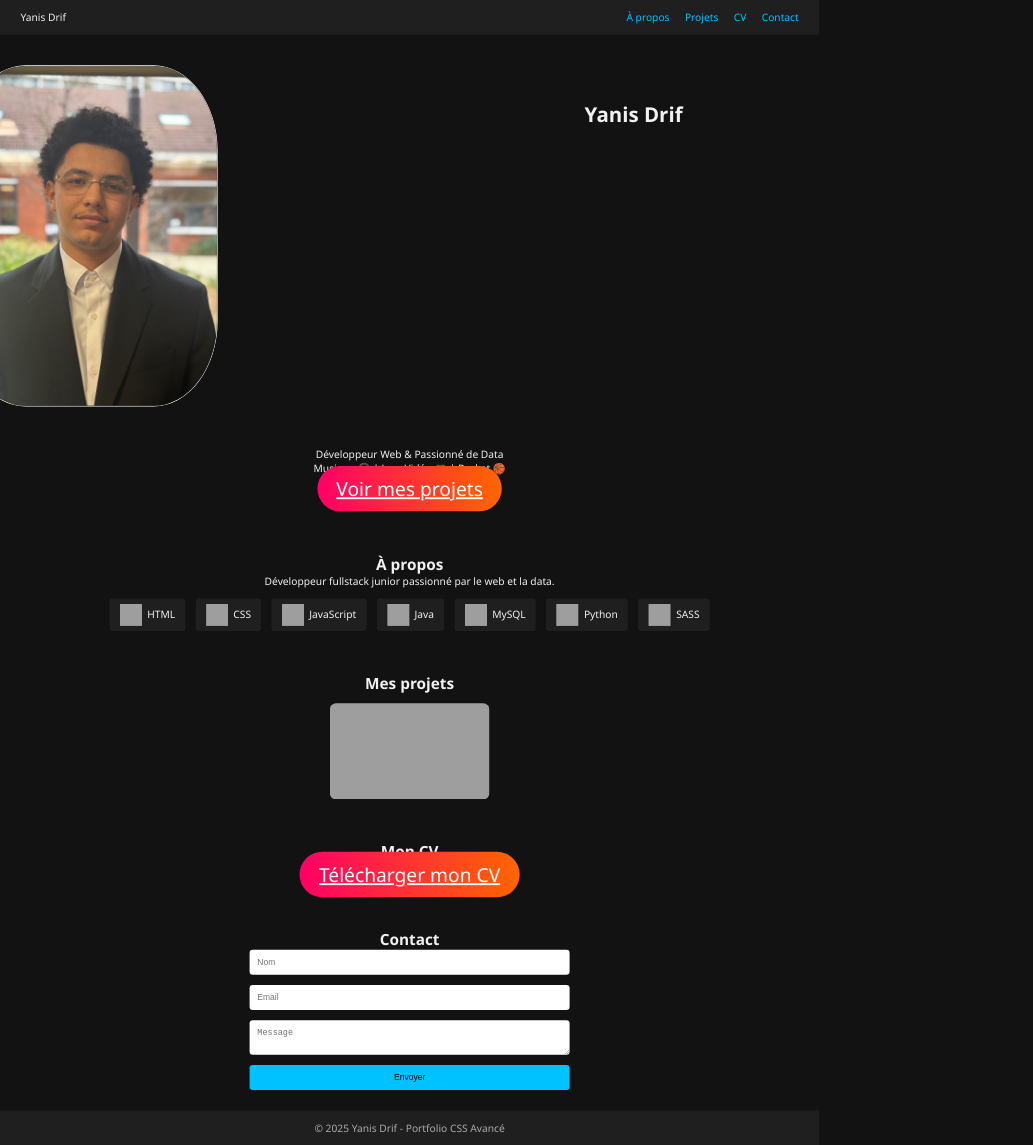
Repository: Yxniiss/ProjetCssAvance
Page: OneDrive/Bureau/Portfolio DrifYanis/home.html
An editor plug-in stored every save of this project. The page is shown before and after the next save, followed by the edit.
The browser window is 1280 px wide. The page is 1614 px wide, then 1564 px, so the pictures cover 1614 px, including what lies to the right of the window. The pictures show the whole page, at 64% of full size.
Pictures or frames that could not be fetched are drawn as grey boxes.

Above is the page before, as saved 2025-04-10 10:29:50.
Console error: TypeError: Cannot set properties of null (setting 'textContent')

### OneDrive/Bureau/Portfolio DrifYanis/home.html
<!DOCTYPE html>
<html lang="fr">
<head>
  <meta charset="UTF-8" />
  <meta name="viewport" content="width=device-width, initial-scale=1.0" />
  <title>Portfolio - Yanis Drif</title>
  <link rel="stylesheet" href="/style.css" />
  <script defer src="/script.js"></script>
</head>
<body>
  <nav class="navbar">
    <div class="logo">Yanis Drif</div>
    <ul class="nav-links">
      <li><a href="#apropos">À propos</a></li>
      <li><a href="#projets">Projets</a></li>
      <li><a href="#cv">CV</a></li>
      <li><a href="#contact">Contact</a></li>
    </ul>
  </nav>

  <header class="hero">
    <div class="hero__content">
      <img src="/image/IMG_0965 (2).jpeg" alt="Photo de profil" class="hero__image" />
      <h1 class="hero__name">Yanis Drif</h1>
      <p class="hero__tagline">Développeur <span>Web</span> & Passionné de Data</p>
      <p class="hero__desc">Musique 🎧 | Jeux Vidéo 🎮 | Basket 🏀</p>
      <a href="#projets" class="btn">Voir mes projets</a>
    </div>
  </header>

  <section id="apropos" class="section about">
    <h2>À propos</h2>
    <p>Développeur fullstack junior passionné par le web et la data.</p>
    <div class="skills">
      <div class="skill"><img src="https://devicon-website.vercel.app/api/html5/original-wordmark.svg" alt="HTML">HTML</div>
      <div class="skill"><img src="https://devicon-website.vercel.app/api/css3/original-wordmark.svg" alt="CSS">CSS</div>
      <div class="skill"><img src="https://devicon-website.vercel.app/api/javascript/original.svg" alt="JavaScript">JavaScript</div>
      <div class="skill"><img src="https://devicon-website.vercel.app/api/java/original-wordmark.svg" alt="Java">Java</div>
      <div class="skill"><img src="https://devicon-website.vercel.app/api/mysql/plain-wordmark.svg" alt="MySQL">MySQL</div>
      <div class="skill"><img src="https://devicon-website.vercel.app/api/python/original-wordmark.svg" alt="Python">Python</div>
      <div class="skill"><img src="https://devicon-website.vercel.app/api/sass/original.svg" alt="SASS">SASS</div>
    </div>
  </section>

  <section id="projets" class="section projets">
    <h2>Mes projets</h2>
    <div class="projects carousel">
      <img src="img/Capture d'écran 2025-04-09 23345.png" alt="Projet 1"/>
      <img src="/img/Capture d'écran 2025-04-09 12402 (1).png" alt="Projet 2" />
      <img src="/img/ChatGPT Image 9 avr. 2025, 23_49_51.png" alt="Projet 3" />
    </div>
  </section>

  <section id="cv" class="section cv">
    <h2>Mon CV</h2>
    <a href="/doc/CV Yanis (1) (1).pdf" download class="btn">Télécharger mon CV</a>
  </section>

  <section id="contact" class="section contact">
    <h2>Contact</h2>
    <form class="contact-form">
      <input type="text" placeholder="Nom" required />
      <input type="email" placeholder="Email" required />
      <textarea placeholder="Message" required></textarea>
      <button type="submit">Envoyer</button>
    </form>
  </section>

  <footer>
    <p>&copy; 2025 Yanis Drif - Portfolio CSS Avancé</p>
  </footer>
</body>
</html>

### OneDrive/Bureau/Portfolio DrifYanis/style.css
* {
    margin: 0;
    padding: 0;
    box-sizing: border-box;
  }

  body {
    font-family: "Segoe UI", sans-serif;
    background-color: #121212;
    color: #f1f1f1;
  }

  .navbar {
    display: flex;
    justify-content: space-between;
    padding: 1rem 2rem;
    background-color: #1f1f1f;
  }

  .nav-links {
    display: flex;
    list-style: none;
    gap: 1.5rem;
  }

  .nav-links a {
    color: #00c2ff;
    text-decoration: none;
  }

  .hero {
    padding: 3rem 1rem;
    text-align: center;

  }

  .hero__name{
    position: relative;
    left: 350px;
    bottom:500px;

  }

  .hero__image {
    border-radius: 25%;
    width: 400px;
    border: 1px solid #ffffff;
    margin-bottom: 1rem;
    position: relative;
    right:500px ;
  }

  .section {
    padding: 2rem 1rem;
    text-align: center;
  }

  .projects {
    display: flex;
    justify-content: center;
    gap: 1rem;
    flex-wrap: wrap;
    margin-top: 1rem;
  }

  .projects img {
    width: 250px;
    height: 150px;
    -o-object-fit: cover;
       object-fit: cover;
    border-radius: 10px;
  }

  .skills {
    display: flex;
    flex-wrap: wrap;
    gap: 1rem;
    justify-content: center;
    margin-top: 1rem;
  }

  .skill {
    display: flex;
    align-items: center;
    gap: 0.5rem;
    background-color: #1f1f1f;
    padding: 0.5rem 1rem;
    border-radius: 5px;
  }

  .skill img {
    width: 35px;
    height: 35px;
  }

  footer {
    padding: 1rem;
    text-align: center;
    background-color: #1f1f1f;
    color: #aaa;
  }

  .btn {
    padding: 15px 30px;
    font-size: 30px;
    color:white;
    background: linear-gradient(90deg, #ff0066, #ff6600);
    border:none;
    border-radius: 50px;
    cursor: pointer;
    box-shadow: 0 4px 15px rgba(255,0,102,0);
    transition: box-shadow 0.3s ease, transform 0.3s ease;
  }

  .btn:hover{
    box-shadow: 0 10px 20px rgba(255,0,102,0.5);
    transform: translateY(-3px);
  }

  .contact-form {
    max-width: 500px;
    margin: auto;
    display: flex;
    flex-direction: column;
    gap: 1rem;
  }

  .contact-form input,
  .contact-form textarea {
    padding: 0.75rem;
    border: none;
    border-radius: 5px;
  }

  .contact-form button {
    background-color: #00c2ff;
    color: #000;
    padding: 0.75rem;
    border: none;
    border-radius: 5px;
    cursor: pointer;
  }

  .start h1{
    text-align: left;
    margin-top: 100px;
    font-size: 35px;
    margin-left: 100px;
  }

  .start h2{
    text-align: left;
    margin-top: 1px;
    font-size: 70px;
    margin-left: 100px;
  }

  .start h3{
    text-align: left;
    margin-top: 1px;
    font-size: 35px;
    margin-left: 100px;
  }

  #mot {
    color:#00c2ff;
  }

  #cursor{
    display: inline-block;
    width: 10px;
    background-color:black;
    animation: blink 0.8s step-end infinite;
  }

  @keyframes blink{
    50% {
      opacity: 0;
    }
  }

  @keyframes typing{
    from{
      width: 0;
    }
    to{
      width: 100%;
    }
  }

  #main{
    opacity: 0;
    transform: translateY(0);
    transition: opacity 5s ease, transform 5s ease;
  }

  body.loaded #main{
    opacity: 1;
    transform: translateY(0);
  }


  .start p{
    text-align: left;
    margin-left: 100px;
    margin-top: 20px;
    font-size: 20px;
  }

  .ntwrks {
    position: absolute;
    top: 410px;
    left: 110px;
    display: flex;
    flex-wrap: wrap;
    gap: 1rem;
  }

  .ntwrk {
    display: flex;
    align-items: center;
    gap: 0.5rem;
    background-color: #1f1f1f;
    padding: 1rem 1rem;
    border-radius: 100px;
    transition: 0.3s ease, opacity 0.3s ease;
  }

  .ntwrk:hover{
    transform: scale(1.2);
    opacity: 0.8;
  }

  .ntwrk img {
    width: 30px;
    height: 30px;
  }

  .modern-button{
    background-color:#00c2ff;
    font-size: 16px;
    font-weight: bold;
    border:none;
    padding: 15px 30px;
    border-radius: 25px;
    cursor: pointer;
    outline: none;
    position: relative;
    right:550px;
    top:120px;
    animation:glow 1.5s infinite alternate;
    transition: 0.3s ease, opacity 0.3s ease;
  }

  .modern-button a{
    color:white;
    text-decoration: none;
  }

  .modern-button:hover{
    transform: scale(1.2);
    opacity: 1;
  }

  @keyframes glow{
    0%{
      box-shadow: 0 0 10px 5px rgba(0, 194, 255, 0.6), 0 0 20px 10px rgba(0, 194, 255, 0.4);
    }
    100%{
      box-shadow: 0 0 20px 10px rgba(0, 194, 255, 1), 0 0 30px 15px rgba(0, 194, 255, 0.8);
    }
  }

  .image{
    max-width: 30%;
    position: relative;
    bottom: 350px;
    left: 350px;
  }

### OneDrive/Bureau/Portfolio DrifYanis/script.js

document.addEventListener('DOMContentLoaded', () => {
    // Scroll fluide
    document.querySelectorAll('a[href^="#"]').forEach(anchor => {
      anchor.addEventListener('click', function (e) {
        e.preventDefault();
        const target = document.querySelector(this.getAttribute('href'));
        if (target) {
          target.scrollIntoView({ behavior: 'smooth' });
        }
      });
    });

    // Carrousel automatique
    const images = document.querySelectorAll('.carousel img');
    let currentIndex = 0;

    function showSlide(index) {
      images.forEach((img, i) => {
        img.style.display = i === index ? 'block' : 'none';
      });
    }

    function nextSlide() {
      currentIndex = (currentIndex + 1) % images.length;
      showSlide(currentIndex);
    }

    if (images.length > 0) {
      showSlide(currentIndex);
      setInterval(nextSlide, 3000); // change every 3 seconds
    }
  });

  const mot = ["Etudiant", "Developpeur web", "Pasionné de code","Developpeur fullstack"];
  let index = 0;
  const element = document.getElementById("mot");
  const cursor = document.getElementById("cursor");

  let typingInterval;
  let currentWord = "";
  let currentCharIndex = 0;

  function  commencerTypingAnimation(){
    currentWord=mot[index];
    currentCharIndex = 0;
    element.textContent = '';

    typingInterval = setInterval(() =>{
      element.textContent += currentWord.charAt(currentCharIndex);
      currentCharIndex++;

      if(currentCharIndex === currentWord.length){
        clearInterval(typingInterval);
        setTimeout(changerMot,1000);
      }
    },150);
  }

  function changerMot(){
    element.textContent=mot[index];
    index++;
    if(index===mot.length){
      index=0;
    }
    commencerTypingAnimation();
  }
  commencerTypingAnimation();

  window.addEventListener('load', function () {
    document.body.classList.add('loaded');
  });

After the next save:
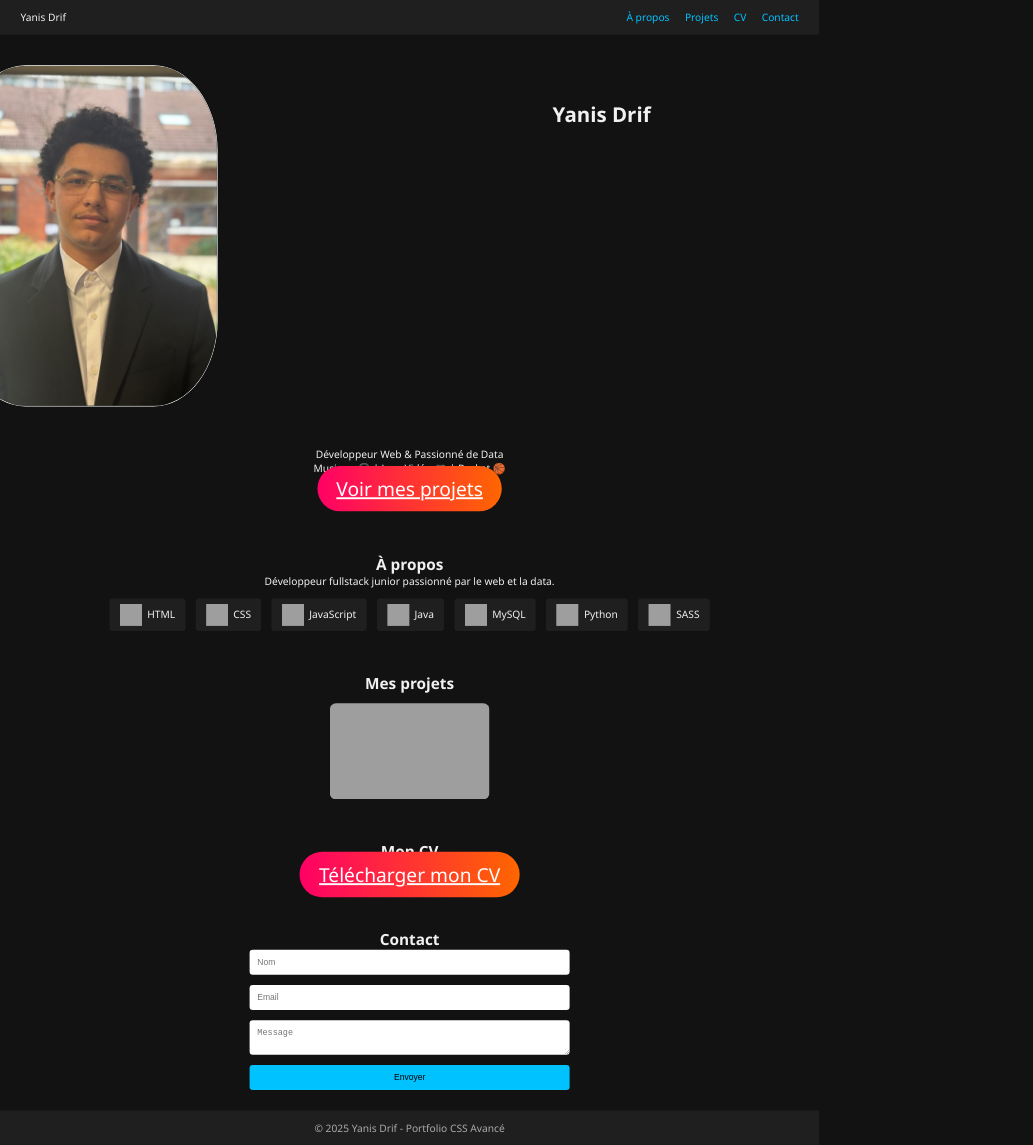
Saved 9 s later.
--- a/OneDrive/Bureau/Portfolio DrifYanis/style.css
+++ b/OneDrive/Bureau/Portfolio DrifYanis/style.css
@@ -36,7 +36,7 @@
 
   .hero__name{
     position: relative;
-    left: 350px;
+    left: 300px;
     bottom:500px;
 
   }
